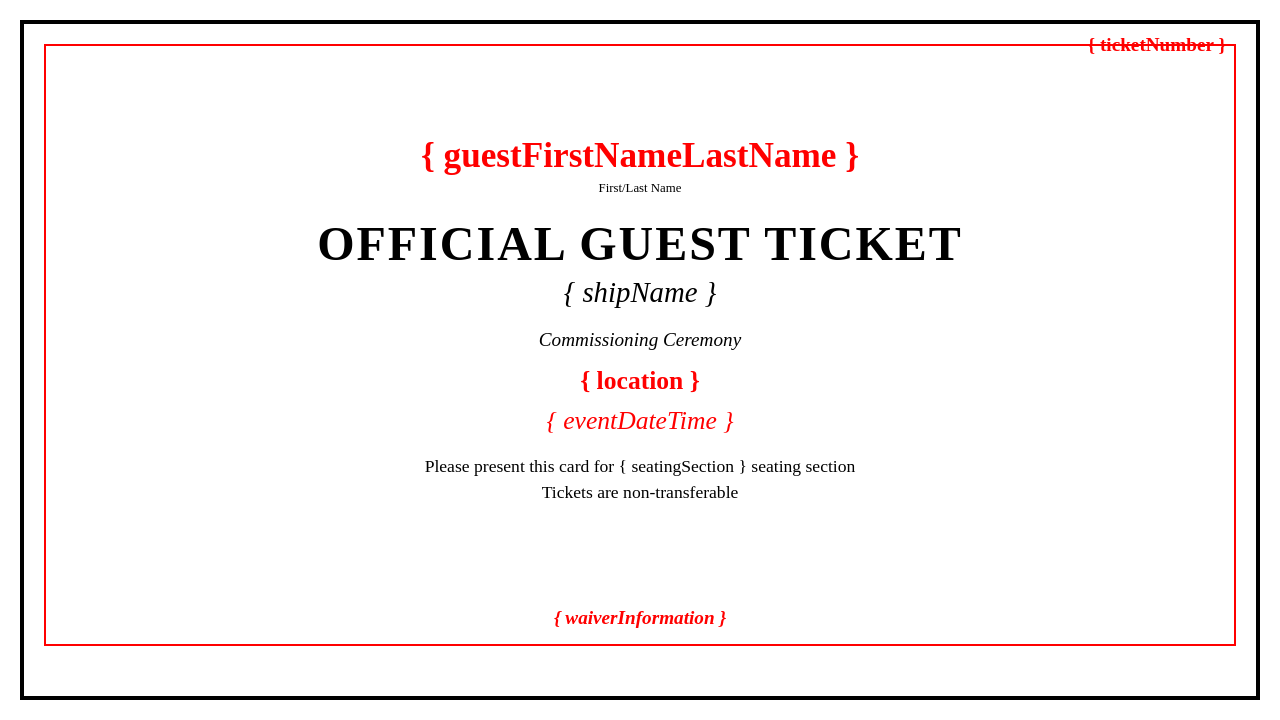
Repository: yaleevans/SabelWeasyPrintPDFLambda
Page: event-ticketrin.html
These files come from the project's save history. The page is drawn as it stood at one moment and after the next save; the edit follows.
The browser window is 1280 px wide. The pictures show the whole page.

Above is the page before, as saved 2025-10-17 08:06:35.

After the next save:
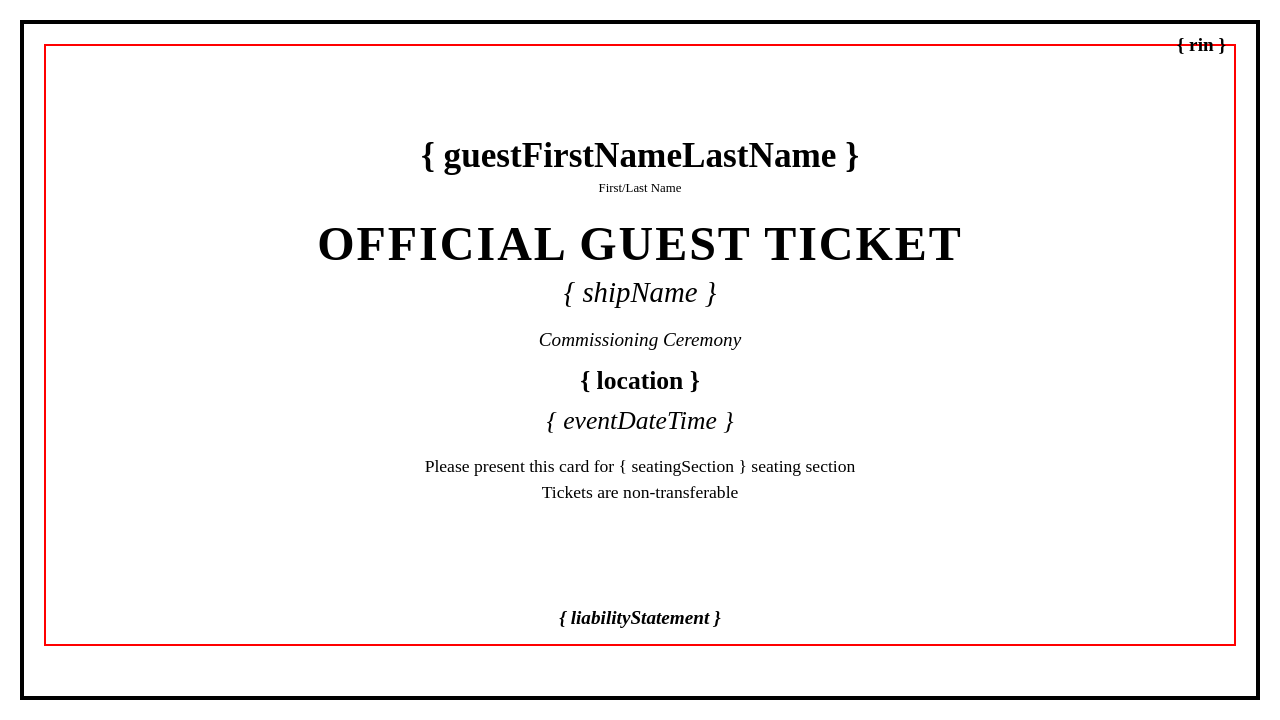
Saved 81 s later.
--- a/event-ticketrin.html
+++ b/event-ticketrin.html
@@ -37,7 +37,7 @@
             padding: 5px;
             font-size: 1.2em;
             font-weight: bold;
-            color: red; /* Make it stand out */
+             /* Make it stand out */
             background-color: transparent; /* Ensure it doesn't block background color */
             z-index: 10; /* Ensure it floats above the content */
         }
@@ -54,7 +54,7 @@
             font-size: 2.2em;
             font-weight: bold;
             margin-bottom: 5px;
-            color: red;
+
         }
         .guest-name-label {
             font-size: 0.8em;
@@ -84,13 +84,13 @@
             font-size: 1.6em;
             font-weight: bold;
             margin-bottom: 10px;
-            color: red;
+
         }
         .datetime {
             font-size: 1.6em;
             font-style: italic;
             margin-bottom: 20px;
-            color: red;
+
         }
         .instructions {
             font-size: 1.1em;
@@ -106,7 +106,7 @@
             font-size: 1.2em;
             font-style: italic;
             font-weight: bold;
-            color: red;
+
         }
     </style>
 </head>
@@ -114,7 +114,7 @@
     <div class="ticket-container">
 
         <div class="ticket-number-overlay">
-            { ticketNumber }
+            { rin }
         </div>
 
         <div class="inner-border">
@@ -134,7 +134,7 @@
                 <div class="transfer-info">Tickets are non-transferable</div>
             </div>
             <div class="waiver-text">
-                { waiverInformation }
+                { liabilityStatement }
             </div>
         </div>
     </div>
